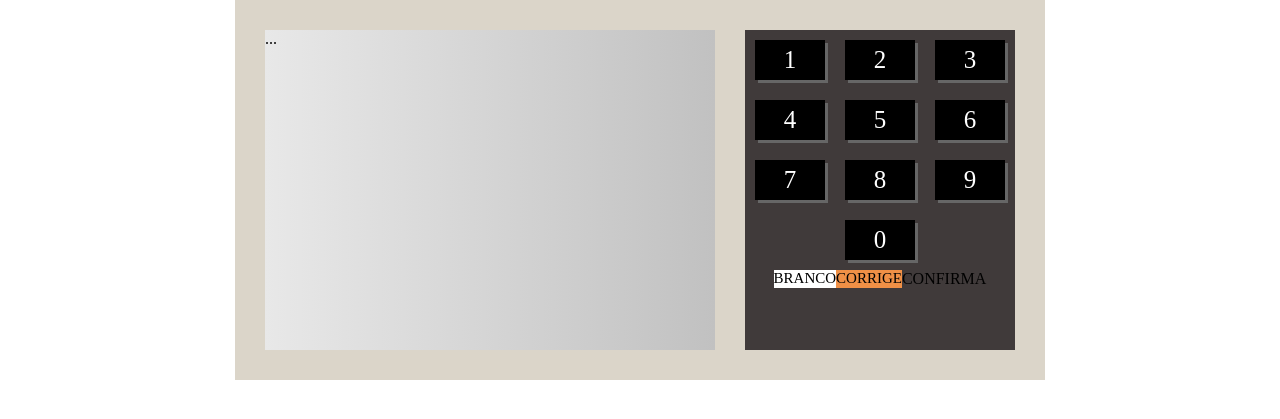
Repository: ThiagoIturra/urnaJs
Page: index.html
These files come from the project's save history. The page is drawn as it stood at one moment and after the next save; the edit follows.
The browser window is 1280 px wide. The pictures show the whole page.

Above is the page before, as saved 2022-01-05 16:07:54.

### index.html
<!DOCTYPE html>
<html lang="pt-BR">
<header>
    <meta charset="UTF-8" />
    <meta name="viewport" content="width=device-width, initial-scale=1.0">
    <link rel="stylesheet" href="style.css">
    <title>Urna Eletrônica</title>
</header>
<body>
    <div class="urna">
        <div class="screen">
...
        </div>
        <div class="keyboard">
            <div class="keyboard--line">
                <div class="keyboard--button">1</div>
                <div class="keyboard--button">2</div>
                <div class="keyboard--button">3</div>
            </div>
            <div class="keyboard--line">
                <div class="keyboard--button">4</div>
                <div class="keyboard--button">5</div>
                <div class="keyboard--button">6</div>
            </div>
            <div class="keyboard--line">
                <div class="keyboard--button">7</div>
                <div class="keyboard--button">8</div>
                <div class="keyboard--button">9</div>
            </div>
            <div class="keyboard--line">
                <div class="keyboard--button">0</div>
            </div>
            <div class="keyboard--line">
                <div class="keyboard--button--branco">BRANCO</div>
                <div class="keyboard--button--corrige">CORRIGE</div>
                <div class="keyboard--button--confirma">CONFIRMA</div>
            </div>
        </div>
    </div>
</body>
</html>

### style.css
body {
    margin: 0;
    display: flex;
    justify-content: center;
    align-items: center;
}

.urna {
    background-color: #dbd5c9;
    padding: 30px;
    display: flex;
}

.screen {
    width: 450px;
    height: 320px;
    background: linear-gradient(to right, #e8e8e8, #c1c1c1);
}

.keyboard {
    background-color: #403A3A;
    margin-left: 30px;
}

.keyboard--line {
    display: flex;
    justify-content: center;
}

.keyboard--button {
    width: 70px;
    height: 40px;
    background-color: #000;
    color: #fff;
    font-size: 25px;
    display: flex;
    justify-content: center;
    align-items: center;
    margin: 10px;
    cursor: pointer;
    box-shadow: 3px 3px 0px #666;
}

.keyboard--button--branco {
    background-color: #fff;
    color: #000;
    font-size: 15px;
}

.keyboard--button--corrige {
    background-color: #f09046;
    color: #000;
    font-size: 15px;
}

After the next save:
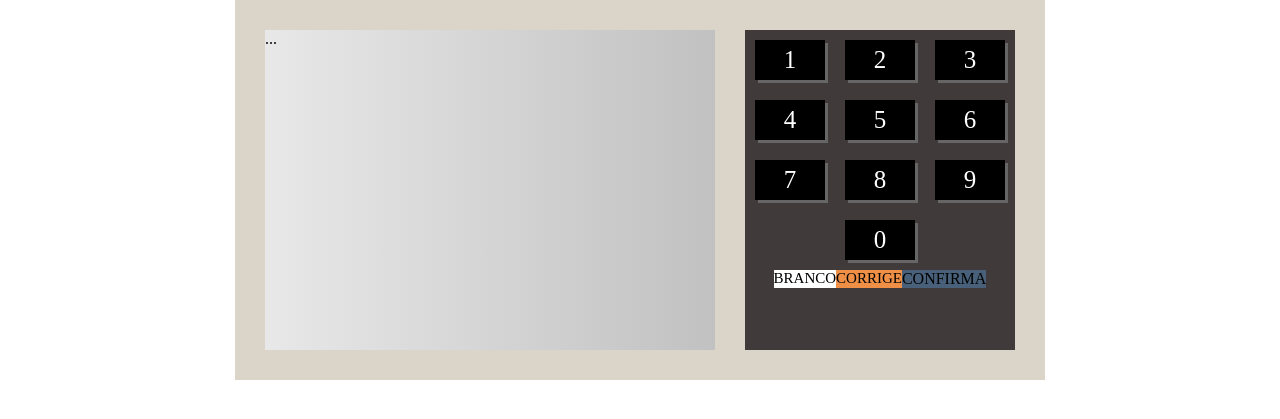
Saved 79 s later.
--- a/style.css
+++ b/style.css
@@ -52,3 +52,7 @@ body {
     color: #000;
     font-size: 15px;
 }
+
+.keyboard--button--confirma {
+    background-color: #486079;
+}
